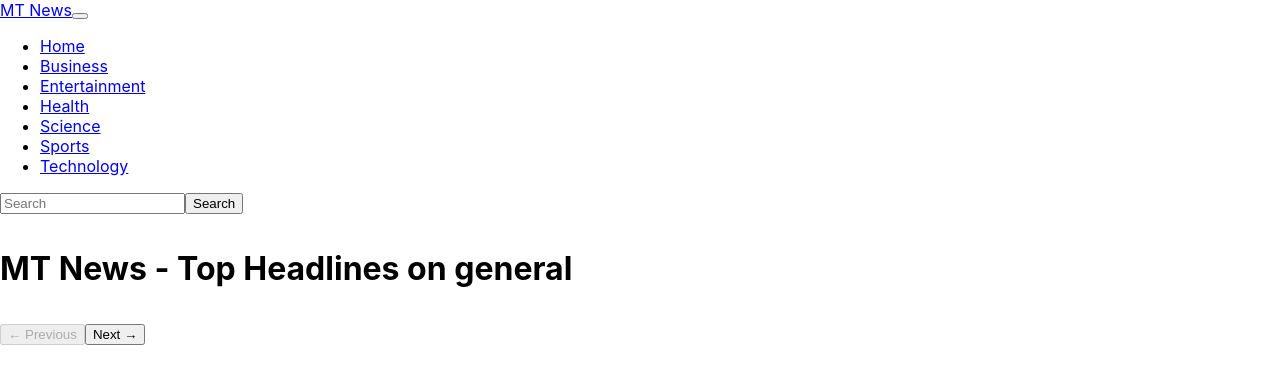
Repository: professorsourabh/news_website_using-ReactJS
Page: /
An editor plug-in stored every save of this project. The page is shown before and after the next save, followed by the edit.
The browser window is 1280 px wide. The pictures show the whole page.
The page's requests for data from a server got no answer. The project was rebuilt for these pictures with package versions that can differ from the ones it lists, and the page was loaded fresh each time. No one was signed in, and anything a server would have sent is missing. Also part of the build but not shown: src/Components/NewsaItem.js.

Above is the page before, as saved 2023-05-29 14:20:30.

### src/index.js
import React from 'react';
import ReactDOM from 'react-dom/client';
import './index.css';
import App from './App';
import reportWebVitals from './reportWebVitals';
import { BrowserRouter , Route, Routes } from 'react-router-dom';
const root = ReactDOM.createRoot(document.getElementById('root'));
root.render(
  <React.StrictMode>

    <App />

  </React.StrictMode>
);

// If you want to start measuring performance in your app, pass a function
// to log results (for example: reportWebVitals(console.log))
// or send to an analytics endpoint. Learn more: https://bit.ly/CRA-vitals
reportWebVitals();

### src/App.js
// App.js
import React, { Component } from 'react';
import { BrowserRouter as Router, Route, Routes } from 'react-router-dom';
import NavBar from './Components/NavBar';
import News from './Components/News';

export default class App extends Component {
  render() {
    return (
      <Router>
        <div>
          <NavBar />

          <Routes>
            <Route path="/" element={<News category="general"/>} />
            <Route path="/business" element={<News category="business" />} />
            <Route path="/news/Entertainment" element={<News category="entertainment" />} />
            <Route path="/health" element={<News category="health" />} />
            <Route path="/science" element={<News category="science" />} />
            <Route path="/sports" element={<News category="sports" />} />
            <Route path="/technology" element={<News category="technology" />} />
          </Routes>
        </div>
      </Router>
    );
  }
}

### src/Components/NavBar.js
// NavBar.js
import React, { Component } from 'react';
import { Link } from 'react-router-dom';

export class NavBar extends Component {
  render() {
    return (
      <div>
        <nav className="navbar navbar-expand-md bg-body-dark bg-dark text-center">
          <div className="container-fluid">
            <Link className="navbar-brand text-light" to="/">
              MT News
            </Link>
            <button
              className="navbar-toggler"
              type="button"
              data-bs-toggle="collapse"
              data-bs-target="#navbarSupportedContent"
              aria-controls="navbarSupportedContent"
              aria-expanded="false"
              aria-label="Toggle navigation"
            >
              <span className="navbar-toggler-icon"></span>
            </button>

            <div className="collapse navbar-collapse" id="navbarSupportedContent">
              <ul className="navbar-nav me-auto mb-2 mb-lg-0">
                <li className="nav-item">
                  <Link className="nav-link text-light" to="/">
                    Home
                  </Link>
                </li>

                <li className="nav-item">
                  <Link className="nav-link text-light" to="/business">
                    Business
                  </Link>
                </li>
                <li className="nav-item">
                  <Link className="nav-link text-light" to="/news/Entertainment">
                    Entertainment
                  </Link>
                </li>
                <li className="nav-item">
                  <Link className="nav-link text-light" to="/health">
                    Health
                  </Link>
                </li>
                <li className="nav-item">
                  <Link className="nav-link text-light" to="/science">
                    Science
                  </Link>
                </li>
                <li className="nav-item">
                  <Link className="nav-link text-light" to="/sports">
                    Sports
                  </Link>
                </li>
                <li className="nav-item">
                  <Link className="nav-link text-light" to="/technology">
                    Technology
                  </Link>
                </li>
              </ul>

              <form className="d-flex" role="search">
                <input className="form-control me-2" type="search" placeholder="Search" aria-label="Search" />
                <button className="btn btn-outline-success" type="submit">
                  Search
                </button>
              </form>
            </div>
          </div>
        </nav>
      </div>
    );
  }
}

export default NavBar;

### src/Components/News.js
// News.js
import React, { Component } from 'react';
import NewsaItem from './NewsaItem';
import Spinner from './Spinner';
import PropTypes from 'prop-types';

export class News extends Component {
  static defaultProps = {
    country: 'in',
    category: 'general',
  };

  static propTypes = {
    country: PropTypes.string,
    category: PropTypes.string,
  };
  capitalizeFirstLetter=(string)=> {
    return string.charAt(0).toUpperCase() + string.slice(1);
}

  constructor(props) {
    super(props);
    this.state = {
      articles: [],
      loading: false,
      page:1
    };
    document.title=`MT NEWS - ${this.props.category}`;
  }

  async componentDidMount() {
    await this.fetchArticles();
  }
  handlePrevious= async () => {
    const { country, category } = this.props;
    const apiKey = '6de024851937497c9017d3f0f0e104a4'; // Replace with your NewsAPI API key
    try {
      this.setState({ loading: true ,
      page:this.state.page-1});
      const url = `https://newsapi.org/v2/top-headlines?country=${country}&category=${category}&apiKey=${apiKey}&page=${this.state.page-1}&pageSize=20`;
      const response = await fetch(url);
      const data = await response.json();
      this.setState({ articles: data.articles, loading: false });
    } catch (error) {
      console.error('Error fetching articles:', error);
      this.setState({ loading: false });
    }
  }
  handleNext= async () => {
    if(this.state.page+1 > Math.ceil(this.state.totalResults/20)){

    }else{
    const { country, category } = this.props;
    const apiKey = '6de024851937497c9017d3f0f0e104a4'; // Replace with your NewsAPI API key
    try {
      this.setState({ loading: true ,
      page:this.state.page+1});
      const url = `https://newsapi.org/v2/top-headlines?country=${country}&category=${category}&apiKey=${apiKey}&page=${this.state.page+1}&pageSize=20`;
      const response = await fetch(url);
      const data = await response.json();
      this.setState({ articles: data.articles, loading: false });
    } catch (error) {
      console.error('Error fetching articles:', error);
      this.setState({ loading: false });
    }}
  }

  async componentDidUpdate(prevProps) {
    if (prevProps.category !== this.props.category) {
      await this.fetchArticles();
    }
  }

  fetchArticles = async () => {
    const { country, category } = this.props;
    const apiKey = '6de024851937497c9017d3f0f0e104a4'; // Replace with your NewsAPI API key

    try {
      this.setState({ loading: true });
      const url = `https://newsapi.org/v2/top-headlines?country=${country}&category=${category}&apiKey=${apiKey}&pageSize=20`;
      const response = await fetch(url);
      const data = await response.json();
      this.setState({ articles: data.articles, loading: false ,totalArticles:data.totalResults});
    } catch (error) {
      console.error('Error fetching articles:', error);
      this.setState({ loading: false });
    }
  };

  render() {
    const { articles, loading } = this.state;

    return (
      <div className="container my-3">
        <h1 className="text-center" style={{ margin: '35px 0px' }}>
          MT News - Top Headlines on {this.props.category}
        </h1>

        {loading ? (
          <Spinner />
        ) : (
          <div className="row">
            {articles.map((article) => (
              <div className="col-md-4" key={article.url}>
                <NewsaItem
                  title={article.title ? article.title : ''}
                  description={article.description ? article.description.slice(0, 88) : '' }author={article.author ? article.author : 'Unknown'}
                  date={article.publishedAt ? article.publishedAt : ''}
                  source={article.source}
                  imageUrl={
                    article.urlToImage ||
                    'https://img.etimg.com/thumb/msid-100188906,width-1070,height-580,imgsize-113958,overlay-etmarkets/photo.jpg'
                  }
                  newsUrl={article.url}
                />
              </div>
            ))}
          </div>

        )}
        <div className="container d-flex justify-content-between">
            <button disabled={this.state.page<=1} type="button" className="btn btn-primary" onClick={this.handlePrevious}>&larr; Previous</button>
            <button  type="button" className="btn btn-primary" onClick={this.handleNext}>Next &rarr;</button>
            </div>
      </div>
    );
  }
}

export default News;

### src/Components/Spinner.js
import React, { Component } from 'react'
import loading from './loading.gif'
export class Spinner extends Component {
  render() {
    return (
      <div className='d-flex justify-content-center text-center align-items-center'>
        <img src={loading} alt="loading"/>
      </div>
    )
  }
}

export default Spinner

Loaded but not shown: src/index.css (common file); src/reportWebVitals.js (common file)

After the next save:
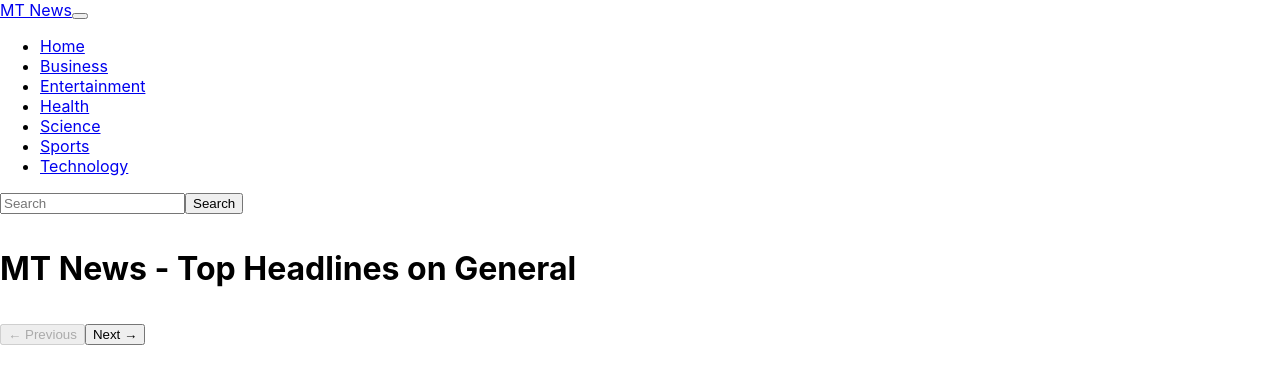
Saved 23 s later.
--- a/src/Components/News.js
+++ b/src/Components/News.js
@@ -93,7 +93,9 @@ export class News extends Component {
     return (
       <div className="container my-3">
         <h1 className="text-center" style={{ margin: '35px 0px' }}>
-          MT News - Top Headlines on {this.props.category}
+          MT News - Top Headlines on {function capitalizeFirstLetter(string) {
+    return string.charAt(0).toUpperCase() + string.slice(1);
+}(this.props.category)}
         </h1>
 
         {loading ? (
